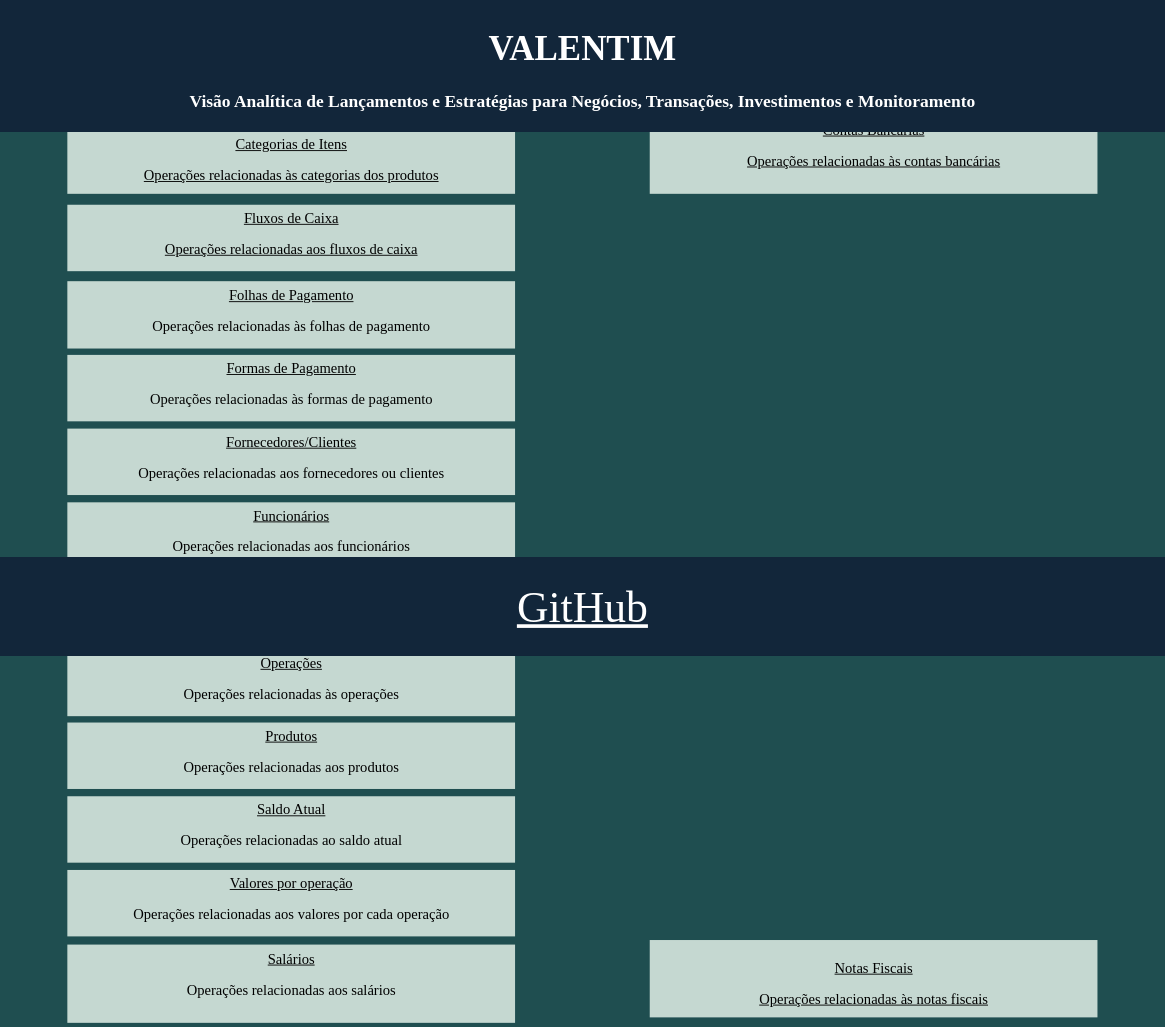
Repository: Matheus-Lacerda009/ERP-Financeiro
Page: Front/menu/menu.html
The author's editor kept a copy of each file at every save. The page is drawn from the files as they stood at one save, then again after a run of saves.
The browser window is 1280 px wide. The pictures show the whole page, at 91% of full size.

Above is the page before, as saved 2026-07-13 19:14:35.

### Front/menu/menu.html
<!DOCTYPE html>
<html lang="en">
<head>
    <meta charset="UTF-8">
    <meta name="viewport" content="wclassth=device-wclassth, initial-scale=1.0">
    <link rel="stylesheet" href="menu.css">
    <title>Document</title>
</head>
<body>
    <header>
        <h1>VALENTIM</h1>
        <h2>Visão Analítica de Lançamentos e Estratégias para Negócios, Transações, Investimentos e Monitoramento</h2>
    </header>
    <main>
        <div id="espaço"></div>
        <div class="container">
            <a href="../categoria_item/categoria_item.html" class="links">
                <div class="divEntidades">
                    <p>Categorias de Itens</p>
                    <p>Operações relacionadas às categorias dos produtos</p>
                </div>
            </a>
            <a href="../conta_bancaria/conta_bancaria.html" class="links">
            <div class="divEntidades">
                Contas Bancárias
                <p>Operações relacionadas às contas bancárias</p>
            </div>
            </a>
            <a href="../fluxo_caixa/fluxo_caixa.html" class="links">
            <div class="divEntidades">
                Fluxos de Caixa
                <p>Operações relacionadas aos fluxos de caixa</p>
            </div>
            </a>
            <a href="../folha_pagamento/folha_pagamento.html" class="links">
            <div class="divEntidades">
                Folhas de Pagamento</a>
                <p>Operações relacionadas às folhas de pagamento</p>
            </div>
            </a>
            <a href="../forma_pagamento/forma_pagamento.html" class="links">
            <div class="divEntidades">
                Formas de Pagamento</a>
                <p>Operações relacionadas às formas de pagamento</p>
            </div>
            </a>
            <a href="../fornecedor_cliente/fornecedor_cliente.html" class="links">
            <div class="divEntidades">
                Fornecedores/Clientes</a>
                <p>Operações relacionadas aos fornecedores ou clientes</p>
            </div>
            </a>
            <a href="../funcionario/funcionario.html" class="links">
            <div class="divEntidades">
                Funcionários</a>
                <p>Operações relacionadas aos funcionários</p>
            </div>
            </a>
            <a href="../itens_operacao/itens_operacao.html" class="links">
            <div class="divEntidades">
                Itens por Operação</a>
                <p>Operações relacionadas aos itens por cada operação</p>
            </div>
            </a>
            <a href="../operacao/operacao.html" class="links">
            <div class="divEntidades">
                Operações</a>
                <p>Operações relacionadas às operações</p>
            </div>
            </a>
            <a href="../produtos/produtos.html" class="links">
            <div class="divEntidades">
                Produtos</a>
                <p>Operações relacionadas aos produtos</p>
            </div>
            </a>
            <a href="../saldoAtual/saldoAtual.html" class="links">
            <div class="divEntidades">
                Saldo Atual</a>
                <p>Operações relacionadas ao saldo atual</p>
            </div>
            </a>
            <a href="../valor_pVenda/valor_pVenda.html" class="links">
            <div class="divEntidades">
                Valores por operação</a>
                <p>Operações relacionadas aos valores por cada operação</p>
            </div>
            </a>
            <a href="../valor_salario/valor_salario.html" class="links">
            <div class="divEntidades">
                Salários</a>
                <p>Operações relacionadas aos salários</p>
            </div>
            </a>
            <a href="../notaFiscal/nota_fiscal.html" class="links">
            <div class="divEntidades">
                <p>Notas Fiscais</p>
                <p>Operações relacionadas às notas fiscais</p>
            </div>
            </a>
        </div>
    </main>
    <footer>
        <a href="https://github.com/Matheus-Lacerda009/ERP-Financeiro.git" id="github">GitHub</a>
    </footer>
</body>
</html>

### Front/menu/menu.css
body{
    overflow: hidden;
}
header{
    position: fixed;
    top: 0;
    left: 0;
    width: 100%;
    height: 20%;
    background-color: #12263A;
    z-index: 1;
    text-align: center;
    align-content: center;
}

footer{
    position: fixed;
    bottom: 0;
    left: 0;
    width: 100%;
    height: 15%;
    background-color: #12263A;
    text-align: center;
    align-content: center;
}

#github{
    color: white;
    font-size: 300%;
}

header, h1{
    font-size: 300%;
    color: white;
    font-size: 3vw;
}

header, h2{
    color: white;
    font-size: 1.5vw;
}

body{
    margin: 0;
    padding: 0;
    background-color: #1f4e50;
}

.container{
    height: 100vh;
    width: 100%;
    margin-top: 10%;
    box-sizing: border-box;
    display: grid;
    grid-template-columns: repeat(2, 7fr);
    align-content: start;
}

.divEntidades{
    height: 75%;
    width: 75%;
    background-color: #C5D8D1;
    text-align: center;
    padding: 1%;
    margin: auto;
}

.links{
    color: black;
}

After the next 10 saves:
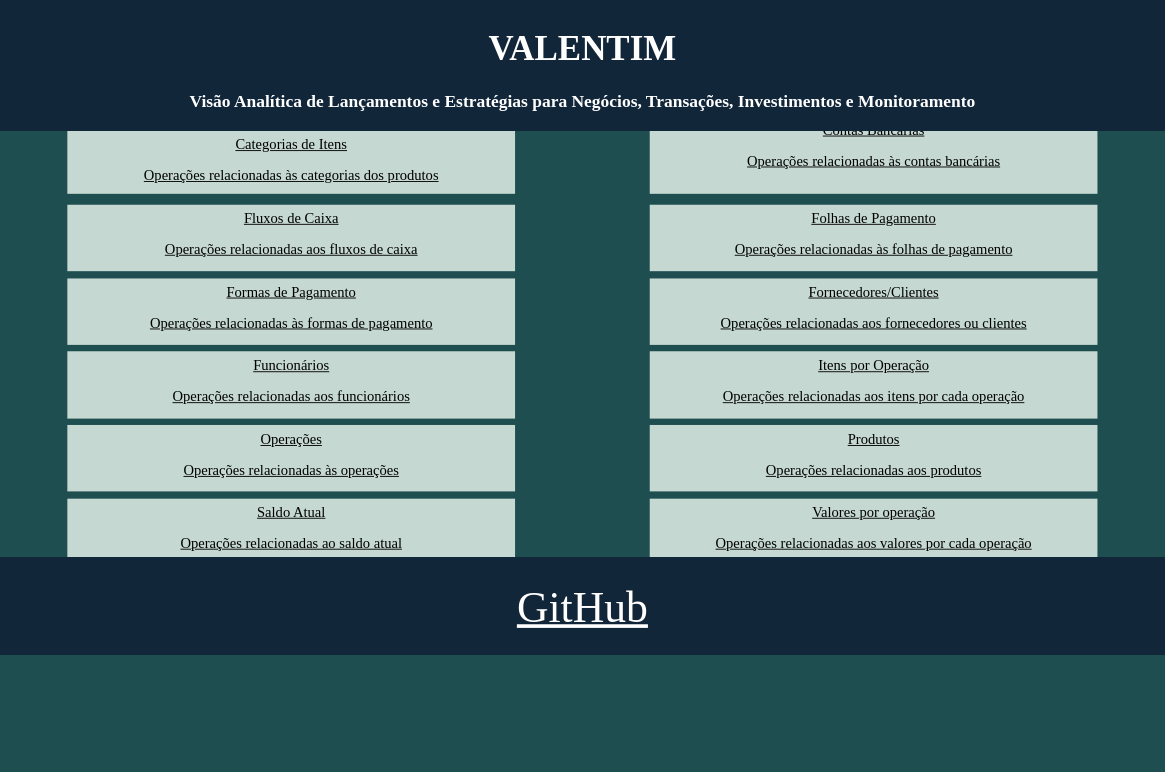
The 10 saves are shown as one change because they came seconds apart.
The last was saved 28 s later.
--- a/Front/menu/menu.html
+++ b/Front/menu/menu.html
@@ -34,61 +34,61 @@
             </a>
             <a href="../folha_pagamento/folha_pagamento.html" class="links">
             <div class="divEntidades">
-                Folhas de Pagamento</a>
+                Folhas de Pagamento
                 <p>Operações relacionadas às folhas de pagamento</p>
             </div>
             </a>
             <a href="../forma_pagamento/forma_pagamento.html" class="links">
             <div class="divEntidades">
-                Formas de Pagamento</a>
+                Formas de Pagamento
                 <p>Operações relacionadas às formas de pagamento</p>
             </div>
             </a>
             <a href="../fornecedor_cliente/fornecedor_cliente.html" class="links">
             <div class="divEntidades">
-                Fornecedores/Clientes</a>
+                Fornecedores/Clientes
                 <p>Operações relacionadas aos fornecedores ou clientes</p>
             </div>
             </a>
             <a href="../funcionario/funcionario.html" class="links">
             <div class="divEntidades">
-                Funcionários</a>
+                Funcionários
                 <p>Operações relacionadas aos funcionários</p>
             </div>
             </a>
             <a href="../itens_operacao/itens_operacao.html" class="links">
             <div class="divEntidades">
-                Itens por Operação</a>
+                Itens por Operação
                 <p>Operações relacionadas aos itens por cada operação</p>
             </div>
             </a>
             <a href="../operacao/operacao.html" class="links">
             <div class="divEntidades">
-                Operações</a>
+                Operações
                 <p>Operações relacionadas às operações</p>
             </div>
             </a>
             <a href="../produtos/produtos.html" class="links">
             <div class="divEntidades">
-                Produtos</a>
+                Produtos
                 <p>Operações relacionadas aos produtos</p>
             </div>
             </a>
             <a href="../saldoAtual/saldoAtual.html" class="links">
             <div class="divEntidades">
-                Saldo Atual</a>
+                Saldo Atual
                 <p>Operações relacionadas ao saldo atual</p>
             </div>
             </a>
             <a href="../valor_pVenda/valor_pVenda.html" class="links">
             <div class="divEntidades">
-                Valores por operação</a>
+                Valores por operação
                 <p>Operações relacionadas aos valores por cada operação</p>
             </div>
             </a>
             <a href="../valor_salario/valor_salario.html" class="links">
             <div class="divEntidades">
-                Salários</a>
+                Salários
                 <p>Operações relacionadas aos salários</p>
             </div>
             </a>
